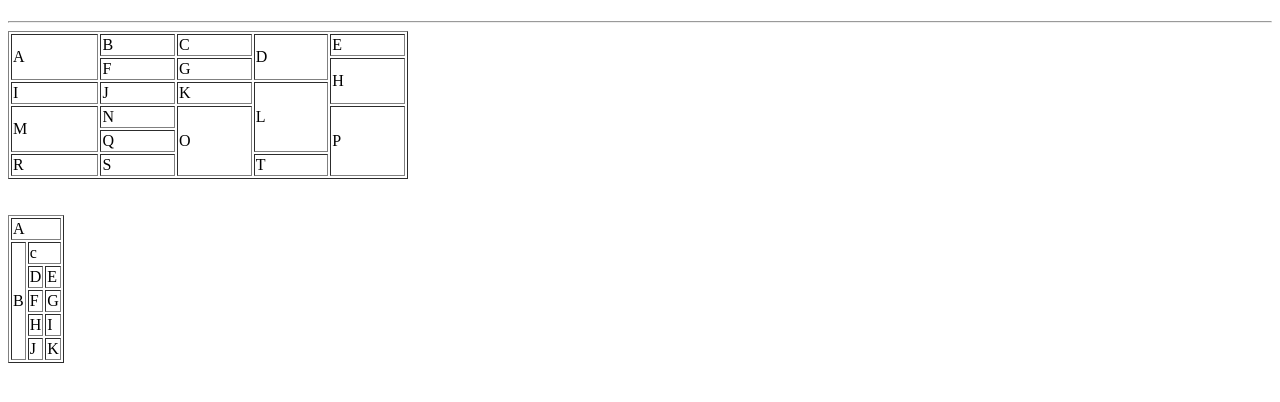
Repository: jp0301/WebStudy
Page: WebApp01/WebContent/Test013.html
These files come from the project's save history. The page is drawn as it stood at one moment and after the next save; the edit follows.
The browser window is 1280 px wide. The pictures show the whole page.

Above is the page before, as saved 2022-09-27 03:18:08.

### WebApp01/WebContent/Test013.html
<!DOCTYPE html>
<html>
<head>
<meta charset="UTF-8">
<title>Test013.html</title>
</head>
<body>

<div>
	<h1>  </h1>
	<hr>
</div>

	<table border="1" width="400">
		<tr>
			<td rowspan="2">A</td>
			<td>B</td>
			<td>C</td>
			<td rowspan="2">D</td>
			<td>E</td>
		</tr>

		<tr>
			<td>F</td>
			<td>G</td>
			<td rowspan="2">H</td>
		</tr>

		<tr>
			<td>I</td>
			<td>J</td>
			<td>K</td>
			<td rowspan="3">L</td>
		</tr>

		<tr>
			<td rowspan="2">M</td>
			<td>N</td>
			<td rowspan="3">O</td>
			<td rowspan="3">P</td>

		</tr>


		<tr>
			<td>Q</td>
		</tr>


		<tr>
			<td>R</td>
			<td>S</td>
			<td>T</td>
		</tr>


	</table>

	<br><br>

	<table border="1">
		<tr>
			<td colspan="6">A</td>
		</tr>

		<tr>
			<td rowspan="5">B</td>
			<td colspan="5">c</td>
		</tr>

		<tr>
			<td>D</td>
			<td>E</td>

		</tr>

		<tr>
			<td>F</td>
			<td>G</td>
		</tr>

		<tr>
			<td>H</td>
			<td>I</td>
		</tr>

		<tr>
			<td>J</td>
			<td>K</td>
		</tr>
	</table>



















</body>
</html>

After the next save:
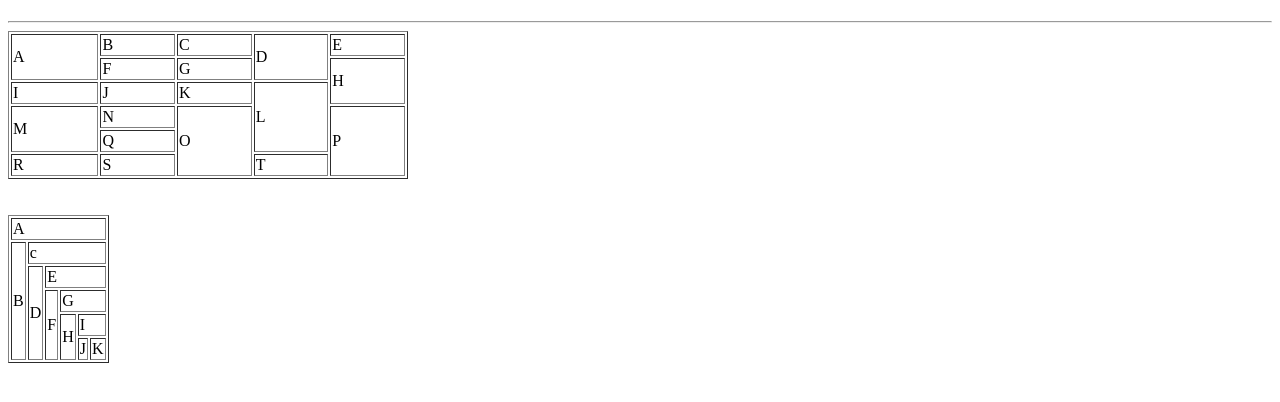
Saved 53 s later.
--- a/WebApp01/WebContent/Test013.html
+++ b/WebApp01/WebContent/Test013.html
@@ -69,19 +69,19 @@
 		</tr>
 
 		<tr>
-			<td>D</td>
-			<td>E</td>
+			<td rowspan="4">D</td>
+			<td colspan="4">E</td>
 
 		</tr>
 
 		<tr>
-			<td>F</td>
-			<td>G</td>
+			<td rowspan="3">F</td>
+			<td colspan="3">G</td>
 		</tr>
 
 		<tr>
-			<td>H</td>
-			<td>I</td>
+			<td rowspan="2">H</td>
+			<td colspan="2">I</td>
 		</tr>
 
 		<tr>
